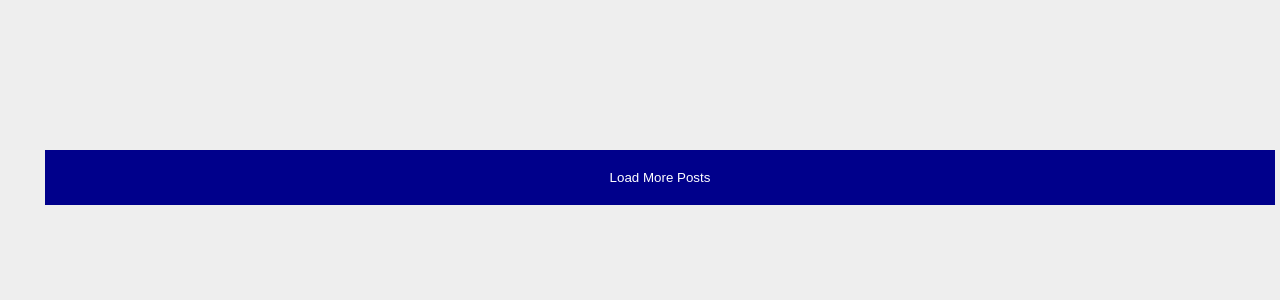
Repository: anderfmelo/temp-repo
Page: /
These files come from the project's save history. The page is drawn as it stood at one moment and after the next save; the edit follows.
The browser window is 1280 px wide. The pictures show the whole page.
The pointer rests on the first visible `button`.
The page's requests for data from a server got no answer. The project was rebuilt for these pictures with package versions that can differ from the ones it lists, and the page was loaded fresh each time. No one was signed in, and anything a server would have sent is missing. Also part of the build but not shown: src/components/PostCard/styles.css, src/components/PostCard/index.jsx.

Above is the page before, as saved 2022-04-20 11:52:27.

After the next save:
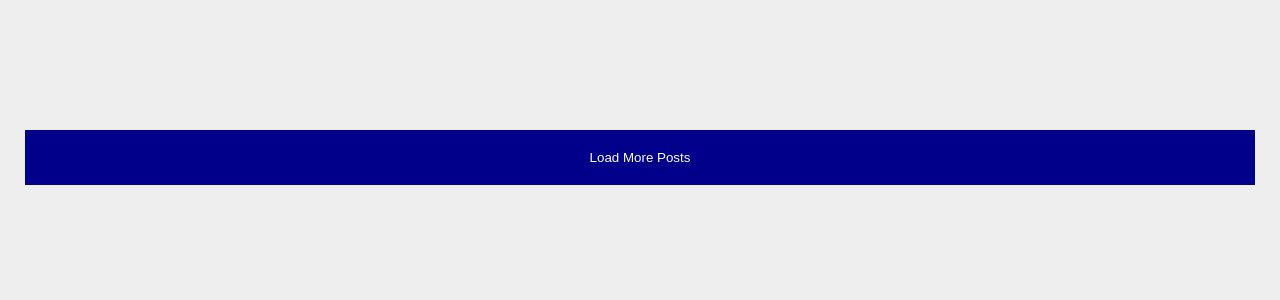
Saved 10 s later.
--- a/src/components/Button/styles.css
+++ b/src/components/Button/styles.css
@@ -8,5 +8,5 @@
 }
 
 button:hover{
-    transform: translate(20px, 20px);
+    transform: translate(white);
 }
